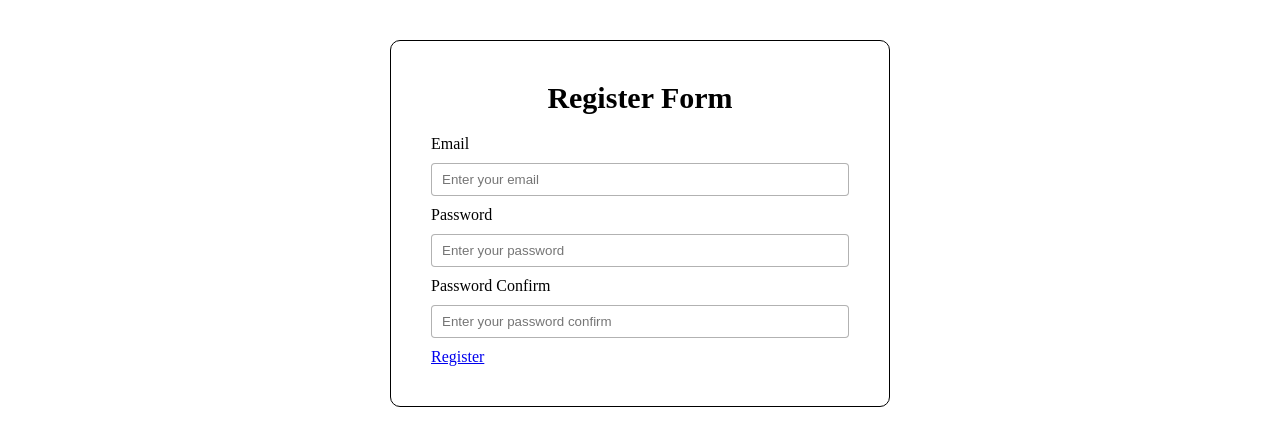
Repository: nptg3105/Register-form
Page: index.html
These files come from the project's save history. The page is drawn as it stood at one moment and after the next save; the edit follows.
The browser window is 1280 px wide. The pictures show the whole page.
Some web libraries are served in a nearby version.

Above is the page before, as saved 2022-01-05 21:56:47.

After the next save:
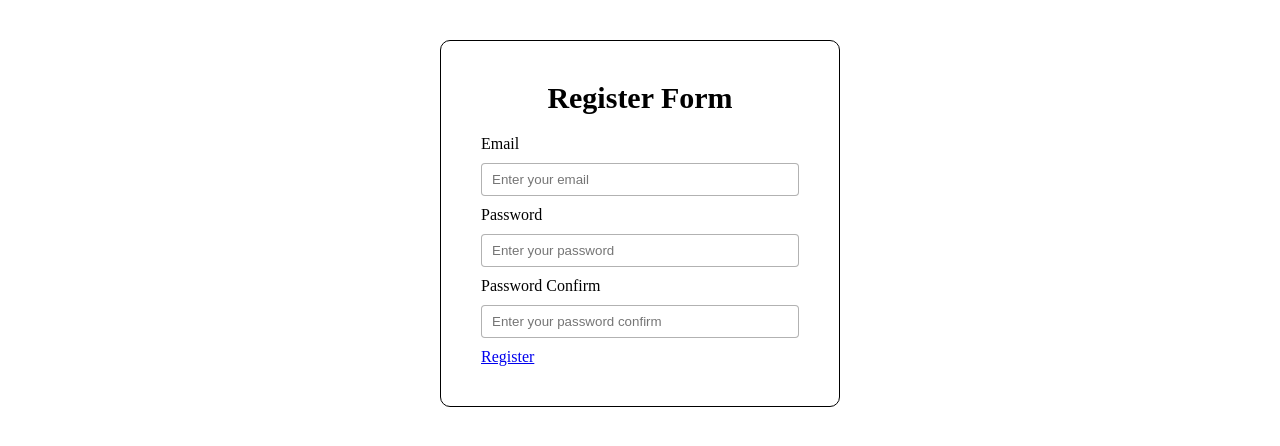
Saved 6 s later.
--- a/style.css
+++ b/style.css
@@ -5,7 +5,7 @@
 }
 .register {
   background-color: #fff;
-  max-width: 500px;
+  max-width: 400px;
   margin: 40px auto;
   padding: 40px;
   border: 1px solid #000;
